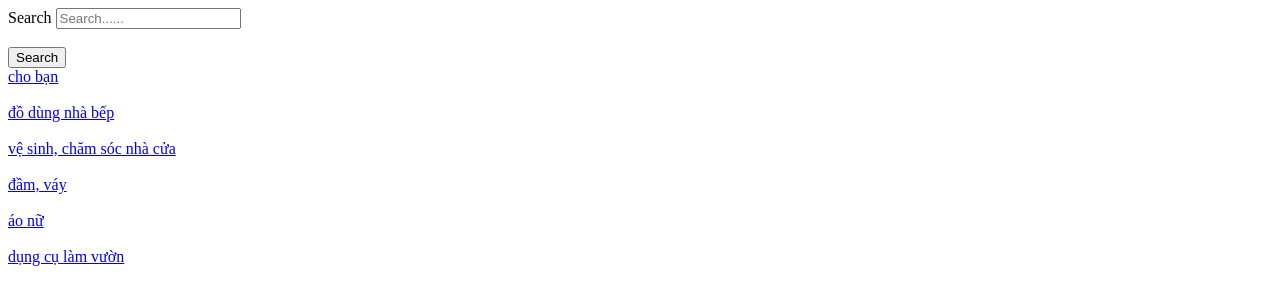
Repository: bao2222/hoc-lam-web
Page: About-me.html
These files come from the project's save history. The page is drawn as it stood at one moment and after the next save; the edit follows.
The browser window is 1280 px wide. The pictures show the whole page.

Above is the page before, as saved 2025-01-23 10:19:05.

### About-me.html
<!DOCTYPE html>
<html lang="en">
    <head>
        <title>About me</title>
        <meta charset="UTF-8">
        <link rel="name" href="welcome.html" type="text/html">

    </head>

    <body>
        <header>
            <div>
                <div>
                    <form>
                        <label for="search">Search</label>
                        <input type="text" id="search" placeholder="Search......" name="search" required><br><br>
                        <button type="submit">Search</button>

                    </form>
                </div>
                <a href="b1.html">cho bạn</a><br><br>
                <a href="b2.html">đồ dùng nhà bếp</a><br><br>
                <a href="b3.html">vệ sinh, chăm sóc nhà cửa</a><br><br>
                <a href="b4.html">đầm, váy</a><br><br>
                <a href="b5.html">áo nữ</a><br><br>
                <a href="b6.html">dụng cụ làm vườn </a>

            </div>


        </header>
        <nav></nav>
        <footer></footer>



    </body>
</html>

After the next save:
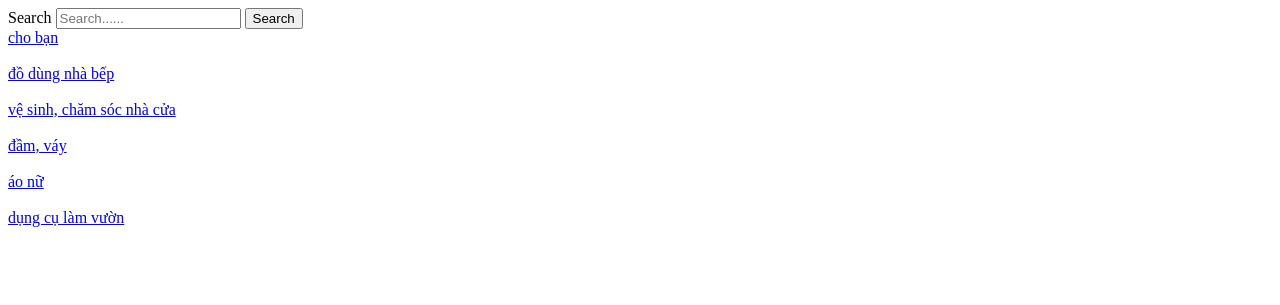
Saved 23 s later.
--- a/About-me.html
+++ b/About-me.html
@@ -13,7 +13,7 @@
                 <div>
                     <form>
                         <label for="search">Search</label>
-                        <input type="text" id="search" placeholder="Search......" name="search" required><br><br>
+                        <input type="text" id="search" placeholder="Search......" name="search" required>
                         <button type="submit">Search</button>
 
                     </form>
